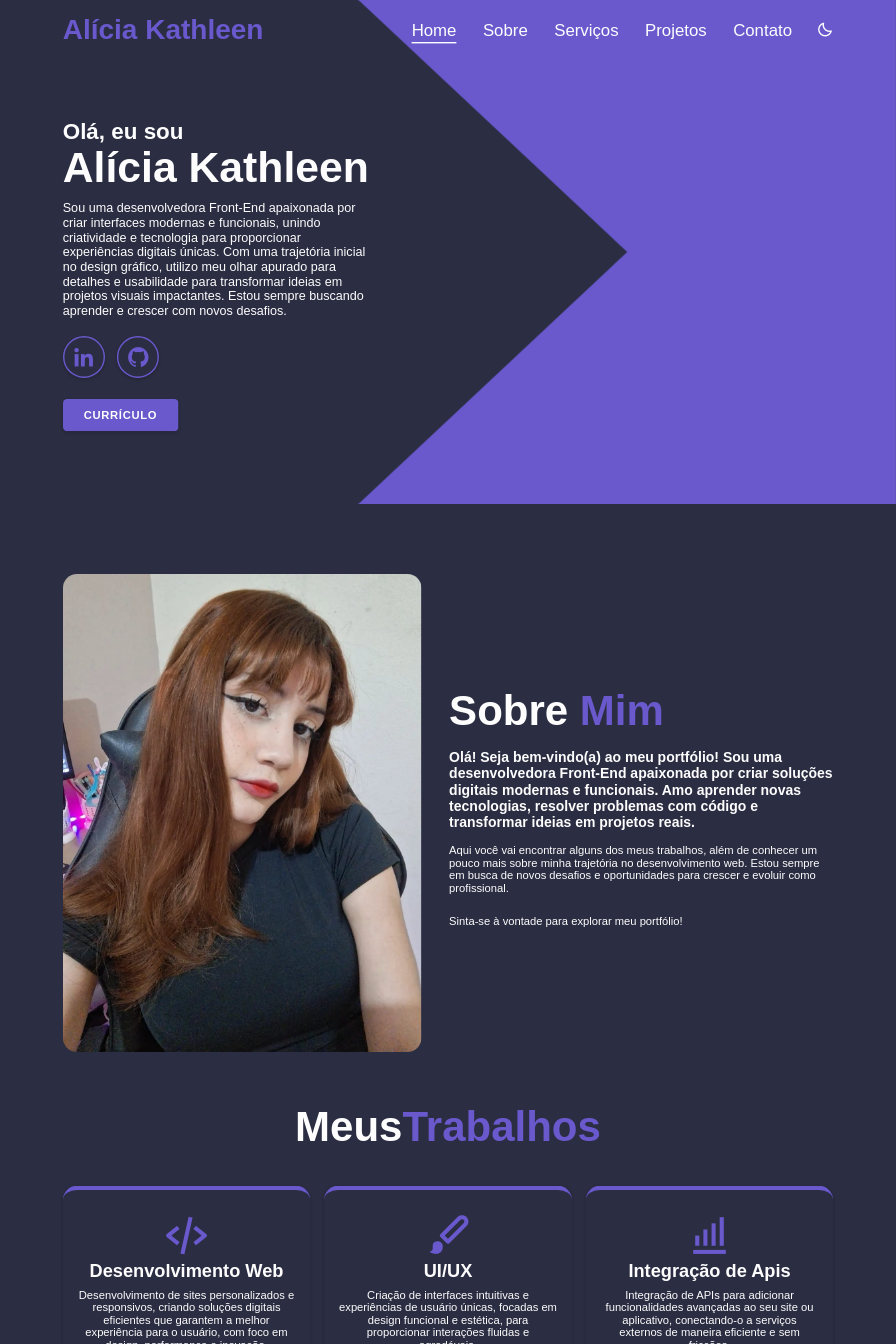
Repository: AliciaKathleen/portfolio-2025
Page: index.html
These files come from the project's save history. The page is drawn as it stood at one moment and after the next save; the edit follows.
The browser window is 1280 px wide. The pictures show the part of the page from y = 0 to 1920 px (the page is 3946 px tall), at 70% of full size.

Above is the page before, as saved 2025-01-27 16:42:00.
Console error: TypeError: Cannot read properties of null (reading 'classList')

After the next save:
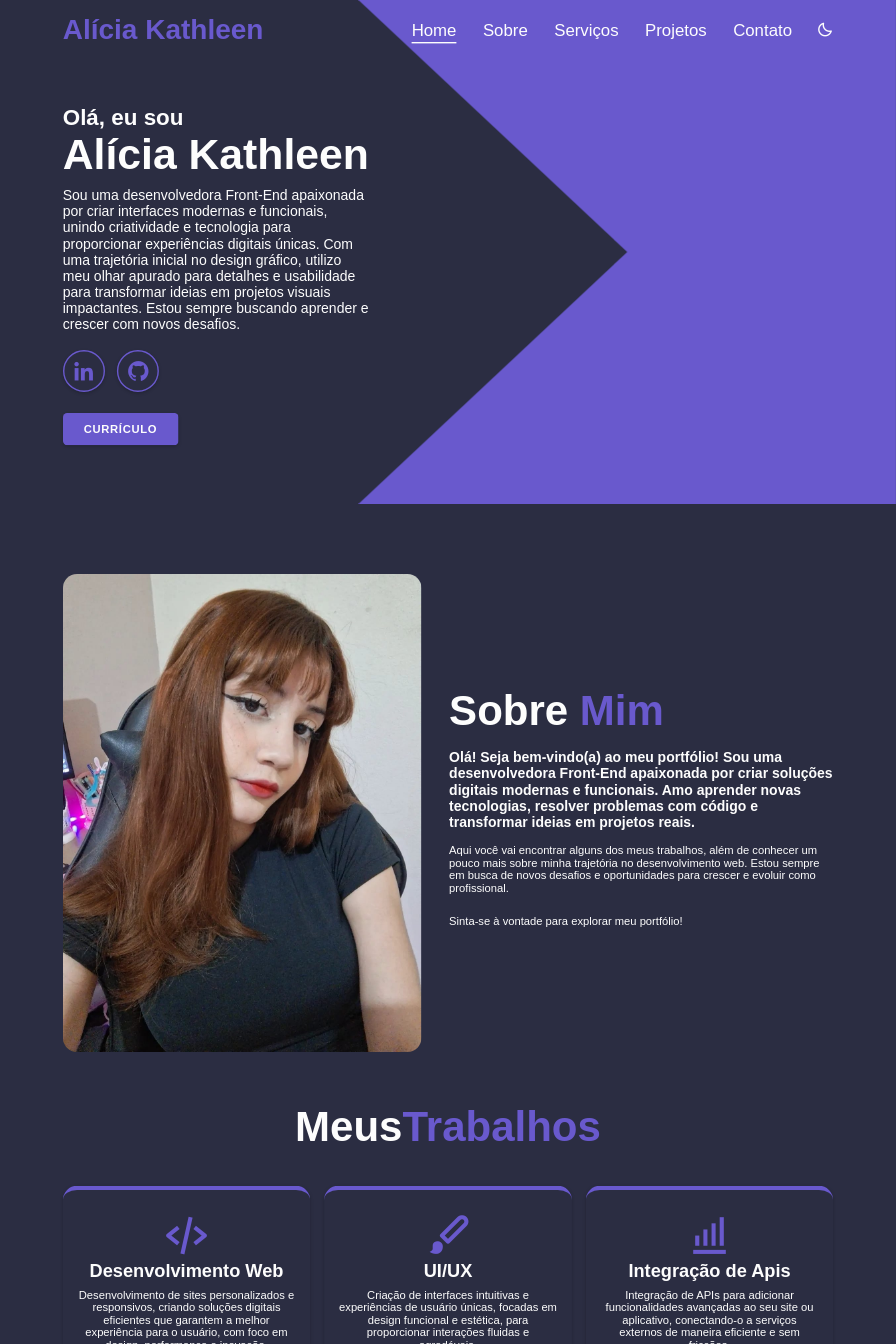
Saved 25 s later.
--- a/style.css
+++ b/style.css
@@ -139,7 +139,7 @@ section {
 }
 
 .home-content p {
-    font-size: 1.8rem;
+    font-size: 2rem;
 }
 
 .home-content .social-media a {
